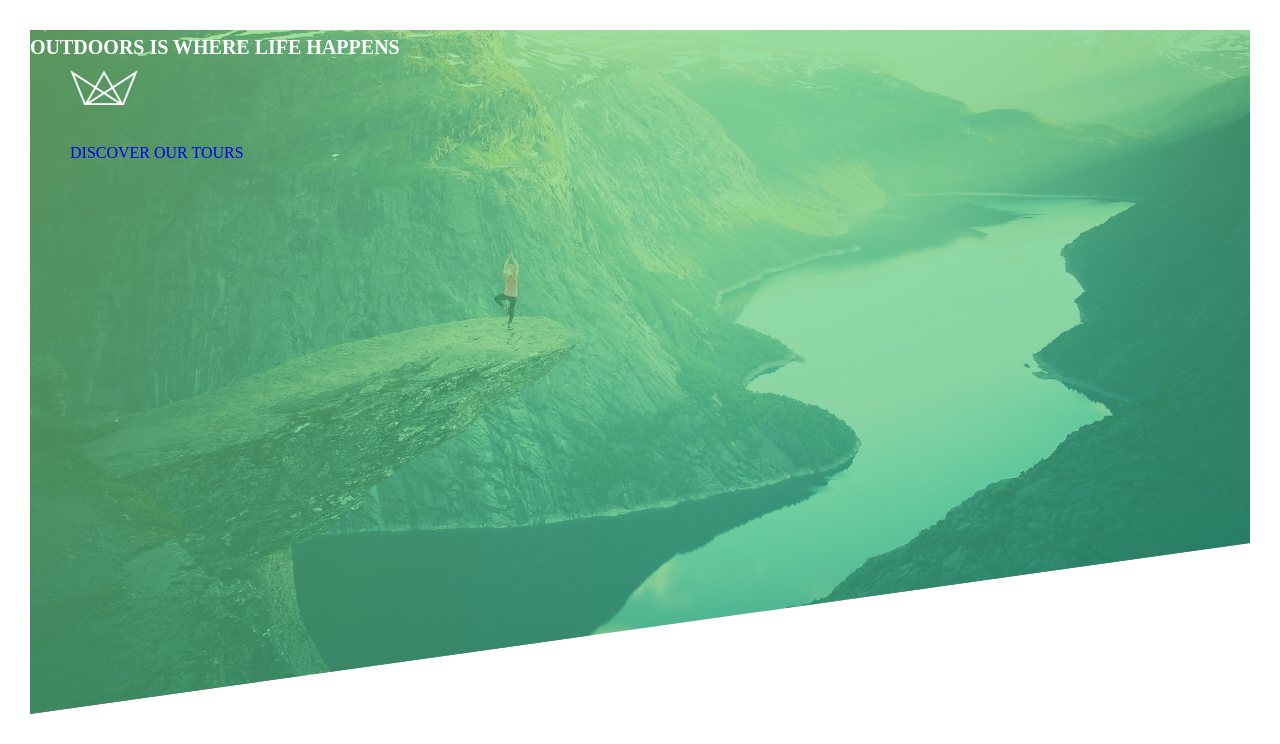
Repository: mohamediyas/cssFloat
Page: index.html
These files come from the project's save history. The page is drawn as it stood at one moment and after the next save; the edit follows.
The browser window is 1280 px wide. The pictures show the whole page.

Above is the page before, as saved 2022-06-21 13:36:01.

After the next save:
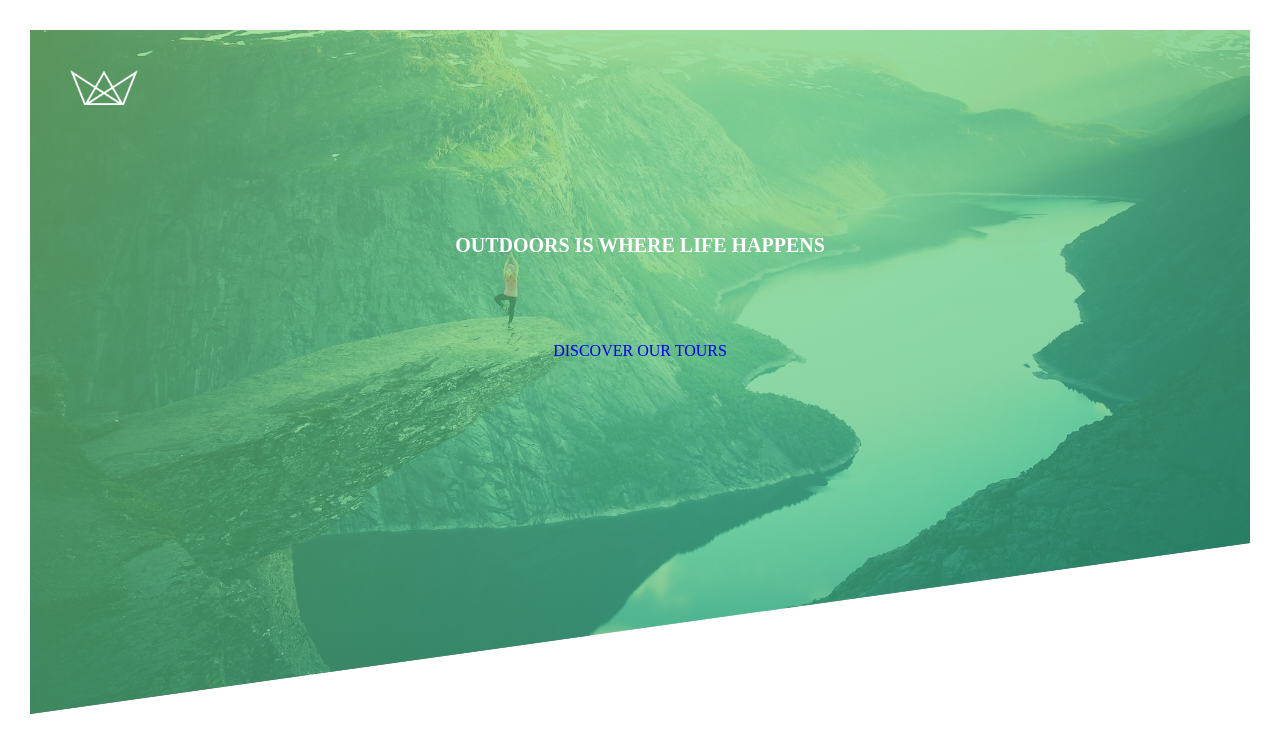
Saved 23 s later.
--- a/css/style.css
+++ b/css/style.css
@@ -53,7 +53,7 @@ body {
   height: 3.5rem;
 }
 
-.text-box {
+.header__text-box {
   position: absolute;
   top: 40%;
   left: 50%;
